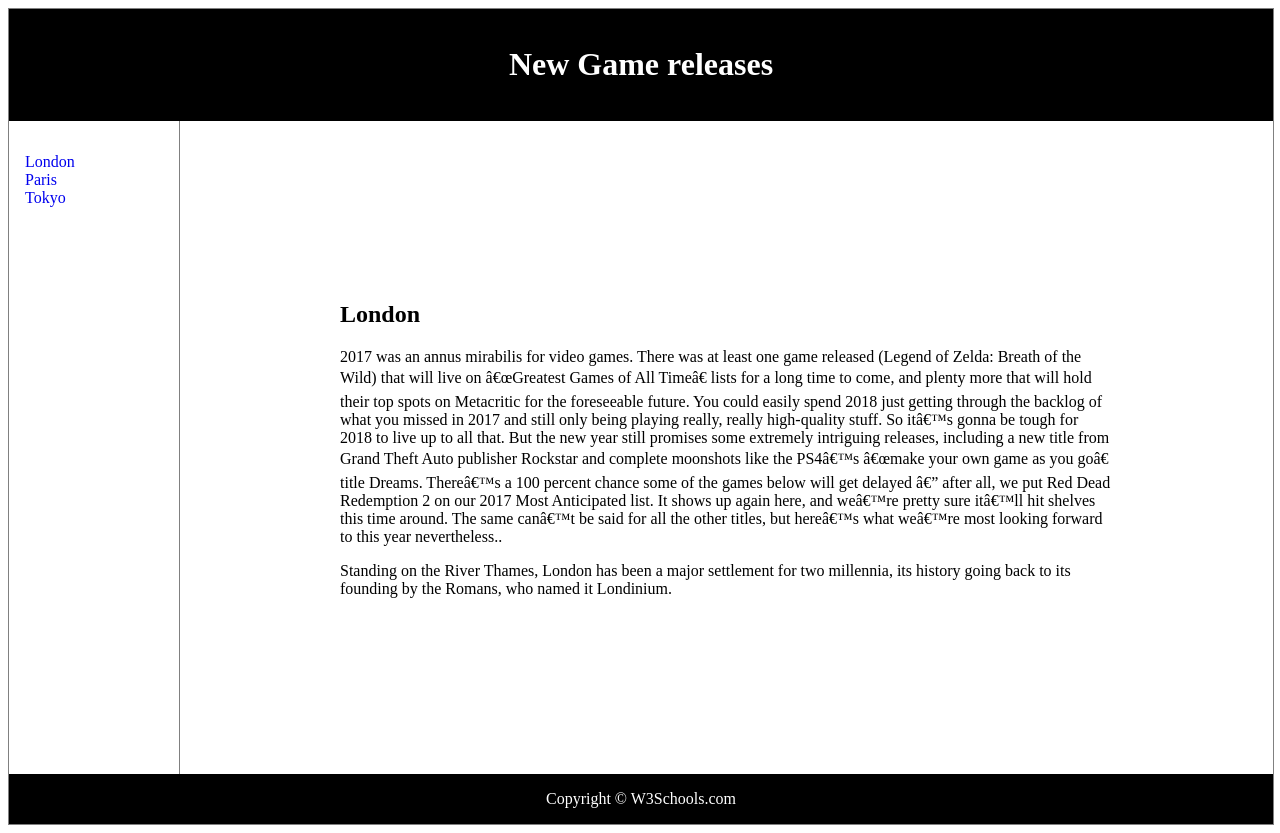
Repository: nimal96/Online-Gaming-Site---2nd-year-1st-semester-project
Page: http://localhost/project/article.jsp
These files come from the project's save history. The page is drawn as it stood at one moment and after the next save; the edit follows.
The browser window is 1280 px wide. The pictures show the whole page.
The page is served by Tomcat 9. Other server files are loaded and not shown.

Above is the page before, as saved 2018-05-17 09:32:55.

### project/WebContent/article.jsp
<%@ page language="java" contentType="text/html; charset=ISO-8859-1" pageEncoding="ISO-8859-1"%>
<!DOCTYPE html PUBLIC "-//W3C//DTD HTML 4.01 Transitional//EN" "http://www.w3.org/TR/html4/loose.dtd">
<html>
<head>
<style>
div.container {
    width: 100%;
    border: 1px solid gray;
}

header, footer {
    padding: 1em;
    color: white;
    background-color: black;
    clear: left;
    text-align: center;
}

nav {
    float: left;
    max-width: 160px;
    margin: 0;
    padding: 1em;
}

nav ul {
    list-style-type: none;
    padding: 0;
}

nav ul a {
    text-decoration: none;
}

article {
    margin-left: 170px;
    border-left: 1px solid gray;
    padding: 10em;
    overflow: hidden;
}
</style>
</head>
<body>

<div class="container">

<header>
   <h1>New Game releases</h1>
</header>

<nav>
  <ul>
    <li><a href="#">London</a></li>
    <li><a href="#">Paris</a></li>
    <li><a href="#">Tokyo</a></li>
  </ul>
</nav>

<article>
  <h1>London</h1>
  <p>2017 was an annus mirabilis for video games. There was at least one game released (Legend of Zelda: Breath of the Wild) that will live on “Greatest Games of All Time” lists for a long time to come, and plenty more that will hold their top spots on Metacritic for the foreseeable future. You could easily spend 2018 just getting through the backlog of what you missed in 2017 and still only being playing really, really high-quality stuff. So it’s gonna be tough for 2018 to live up to all that.

But the new year still promises some extremely intriguing releases, including a new title from Grand Theft Auto
publisher Rockstar and complete moonshots like the PS4’s “make your own game as you go” title Dreams. There’s a 100 percent
chance some of the games below will get delayed — after all, we put Red Dead Redemption 2 on our 2017 Most Anticipated list.
 It shows up again here, and we’re pretty sure it’ll hit shelves this time around. The same can’t be said for all the
 other titles, but here’s what we’re most
looking forward to this year nevertheless..</p>
  <p>Standing on the River Thames, London has been a major settlement for two millennia, its history going back to its founding by the Romans, who named it Londinium.</p>
</article>

<footer>Copyright &copy; W3Schools.com</footer>

</div>

</body>
</html>

After the next save:
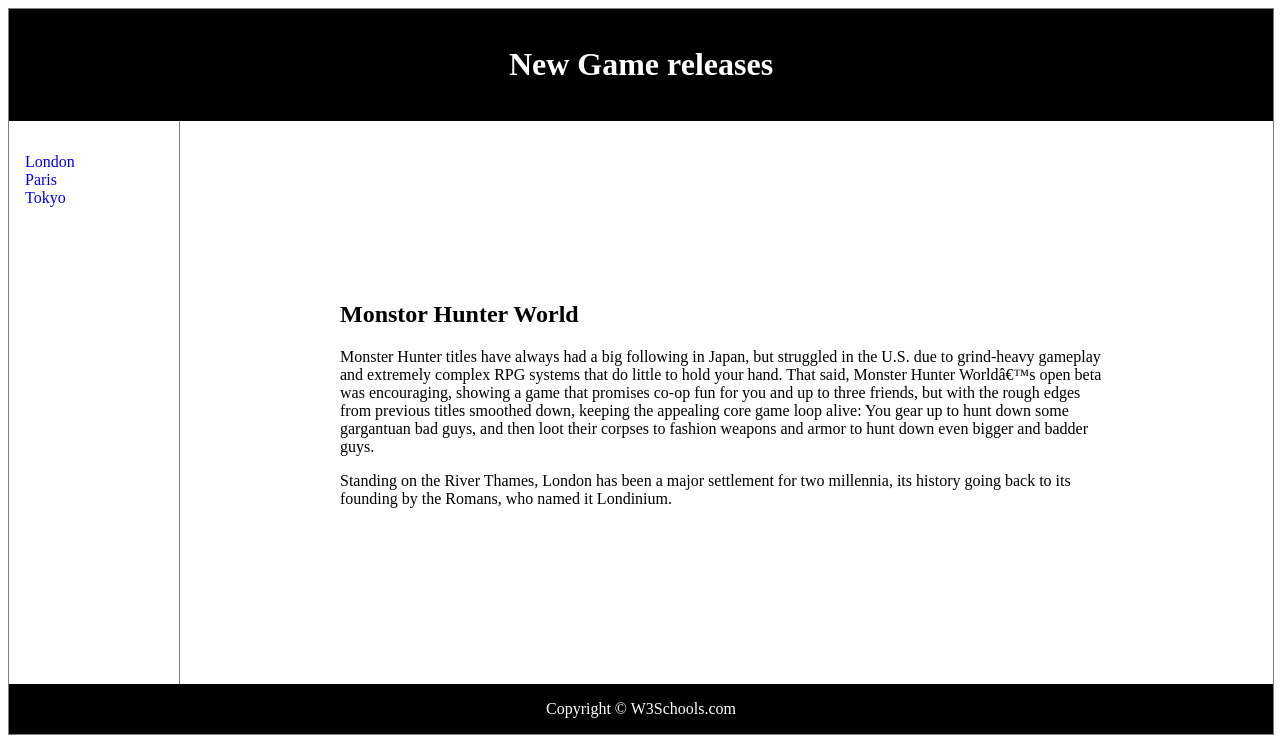
Saved 83 s later.
--- a/project/WebContent/article.jsp
+++ b/project/WebContent/article.jsp
@@ -57,15 +57,13 @@
 </nav>
 
 <article>
-  <h1>London</h1>
-  <p>2017 was an annus mirabilis for video games. There was at least one game released (Legend of Zelda: Breath of the Wild) that will live on “Greatest Games of All Time” lists for a long time to come, and plenty more that will hold their top spots on Metacritic for the foreseeable future. You could easily spend 2018 just getting through the backlog of what you missed in 2017 and still only being playing really, really high-quality stuff. So it’s gonna be tough for 2018 to live up to all that.
-
-But the new year still promises some extremely intriguing releases, including a new title from Grand Theft Auto
-publisher Rockstar and complete moonshots like the PS4’s “make your own game as you go” title Dreams. There’s a 100 percent
-chance some of the games below will get delayed — after all, we put Red Dead Redemption 2 on our 2017 Most Anticipated list.
- It shows up again here, and we’re pretty sure it’ll hit shelves this time around. The same can’t be said for all the
- other titles, but here’s what we’re most
-looking forward to this year nevertheless..</p>
+  <h1>Monstor Hunter World</h1>
+  <p>Monster Hunter titles have always had a big following in Japan, but struggled in the U.S. due to grind-heavy gameplay
+   and extremely complex RPG systems that do little to hold your hand. That said, Monster Hunter World’s open beta was
+   encouraging, showing a game that promises co-op fun for you and up to three friends, but with the rough edges from previous
+   titles smoothed down, keeping the appealing core game loop alive: You gear up to hunt down some gargantuan bad guys, and then
+   loot their
+  corpses to fashion weapons and armor to hunt down even bigger and badder guys.</p>
   <p>Standing on the River Thames, London has been a major settlement for two millennia, its history going back to its founding by the Romans, who named it Londinium.</p>
 </article>
 
